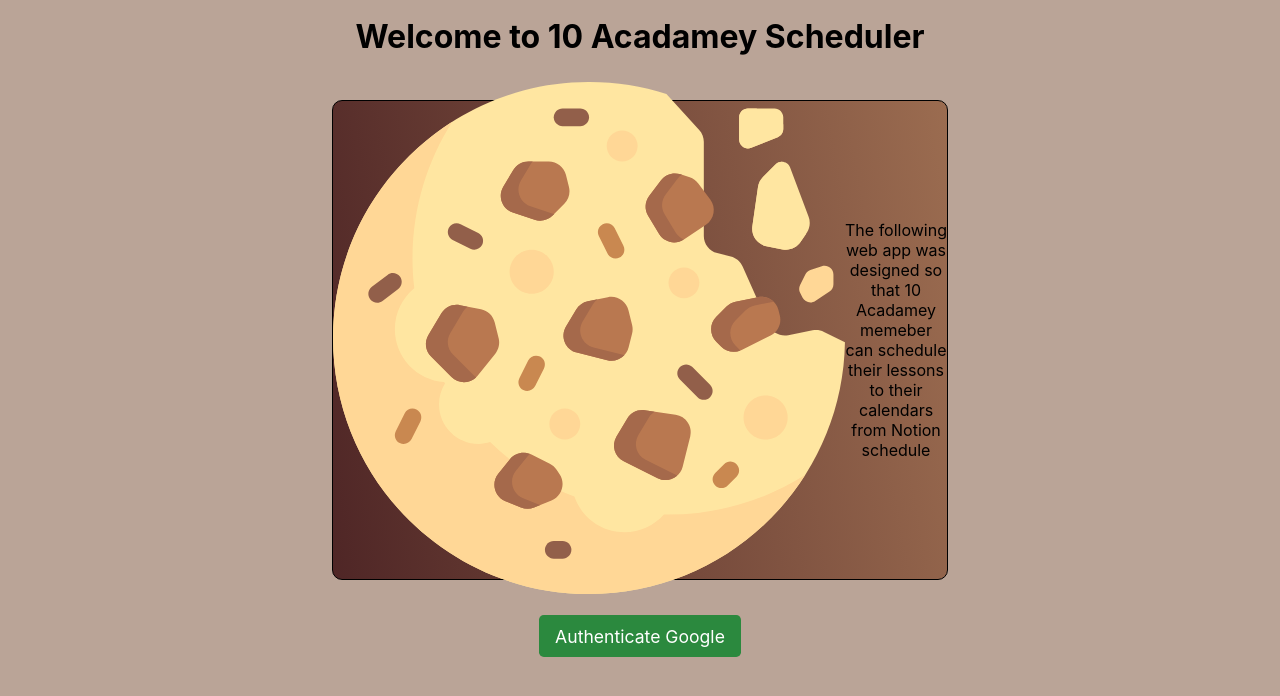
Repository: nebilarega/calendar-extractor
Page: / (app in frontend/)
An editor plug-in stored every save of this project. The page is shown before and after the next save, followed by the edit.
The browser window is 1280 px wide. The pictures show the whole page.
The project was rebuilt for these pictures with package versions that can differ from the ones it lists, and the page was loaded fresh each time.

Above is the page before, as saved 2022-08-24 23:51:49.

After the next save:
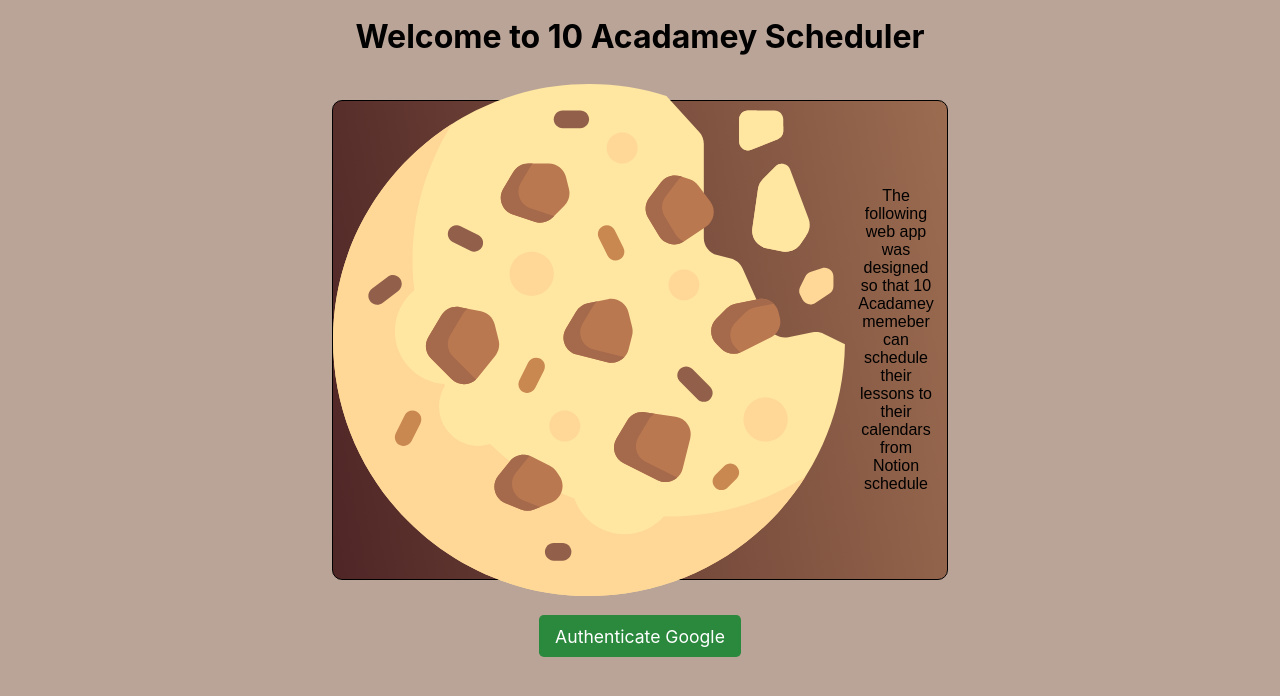
Saved 45 s later.
--- a/frontend/src/css/landing.css
+++ b/frontend/src/css/landing.css
@@ -108,3 +108,16 @@
   background-color: #3dc959;
   cursor: pointer;
 }
+.cookie__container {
+  /*   padding: 20px; */
+  display: flex;
+  justify-content: center;
+  align-items: center;
+  height: 100%;
+}
+.text__container {
+  justify-content: center;
+  align-items: center;
+  padding: 10px;
+  font-family: "Poppins", sans-serif;
+}
